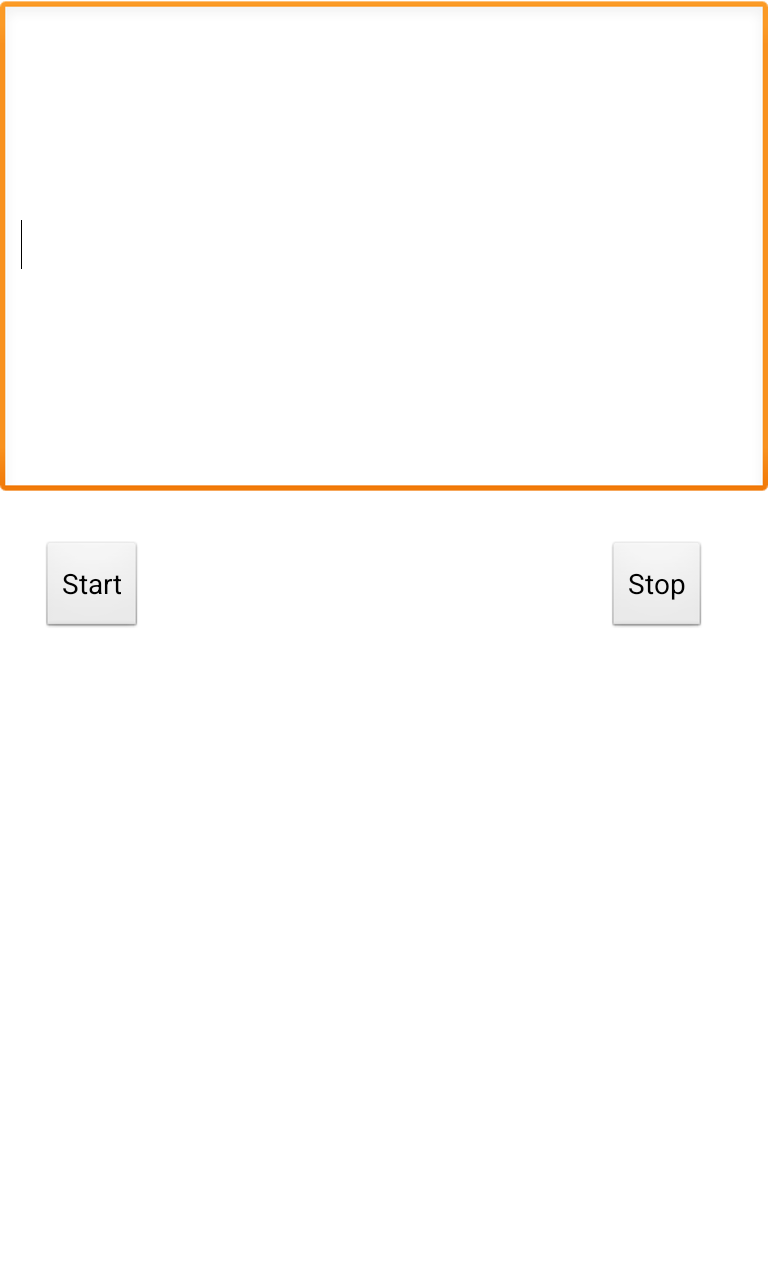
Repository: agejku/Embedded-Systems
Layout: Positionsensor/res/layout/activity_main.xml
An editor plug-in stored every save of this project. The layout is shown before and after the next save, followed by the edit.
It is drawn on a 768 x 1280 px phone screen (xhdpi) without system bars, with theme AppTheme; the app's code is not run.

Above is the layout before, as saved 2014-04-22 21:28:51.

### Positionsensor/res/layout/activity_main.xml
<?xml version="1.0" encoding="utf-8"?>
<RelativeLayout xmlns:android="http://schemas.android.com/apk/res/android"
    android:id="@+id/NetNumber1"
    android:layout_width="fill_parent"
    android:layout_height="fill_parent"
    android:orientation="vertical" >

    <LinearLayout
        android:id="@+id/linearLayout1"
        android:layout_width="wrap_content"
        android:layout_height="wrap_content"
        android:layout_centerVertical="true"
        android:orientation="vertical" >
    </LinearLayout>

    <LinearLayout
        android:layout_width="wrap_content"
        android:layout_height="wrap_content"
        android:layout_alignParentBottom="true"
        android:layout_alignParentRight="true"
        android:layout_marginLeft="75dp"
        android:layout_toRightOf="@+id/linearLayout1"
        android:orientation="vertical" >

    </LinearLayout>

    <RelativeLayout
        android:layout_width="wrap_content"
        android:layout_height="wrap_content"
        android:layout_alignParentBottom="true"
        android:layout_alignParentLeft="true"
        android:layout_alignParentRight="true"
        android:layout_alignParentTop="true" >

        <EditText
            android:id="@+id/editText1"
            android:layout_width="wrap_content"
            android:layout_height="wrap_content"
            android:layout_alignParentLeft="true"
            android:layout_alignParentRight="true"
            android:layout_alignParentTop="true"
            android:ems="10"
            android:height="250dp"
            android:inputType="textMultiLine" >

            <requestFocus />
        </EditText>

        <Button
            android:id="@+id/button_start"
            android:layout_width="wrap_content"
            android:layout_height="wrap_content"
            android:layout_alignParentLeft="true"
            android:layout_below="@+id/editText1"
            android:layout_marginLeft="20dp"
            android:layout_marginTop="20dp"
            android:text="@string/button_start" />

        <Button
            android:id="@+id/button_stop"
            android:layout_width="wrap_content"
            android:layout_height="wrap_content"
            android:layout_alignBaseline="@+id/button_start"
            android:layout_alignBottom="@+id/button_start"
            android:layout_alignParentRight="true"
            android:layout_marginRight="30dp"
            android:text="@string/button_stop" />

    </RelativeLayout>

</RelativeLayout>

### Positionsensor/res/values/strings.xml
<resources>

    <string name="app_name">Positionsensor</string>
    <string name="menu_settings">Settings</string>
    <string name="title_activity_main">Wifi Fingerprinting</string>
    <string name="button_start">Start</string>
    <string name="button_stop">Stop</string>
    <string name="start_rssi">RSSI Values</string>
    <string name="network1">Netzwerk1</string>
    <string name="network2">Netzwerk2</string>
    <string name="network3">Netzwerk3</string>
    <string name="network4">Netzwerk4</string>
    <string name="network5">Netzwerk5</string>

</resources>

Loaded but not shown: Positionsensor/res/values/styles.xml (common file)

After the next save:
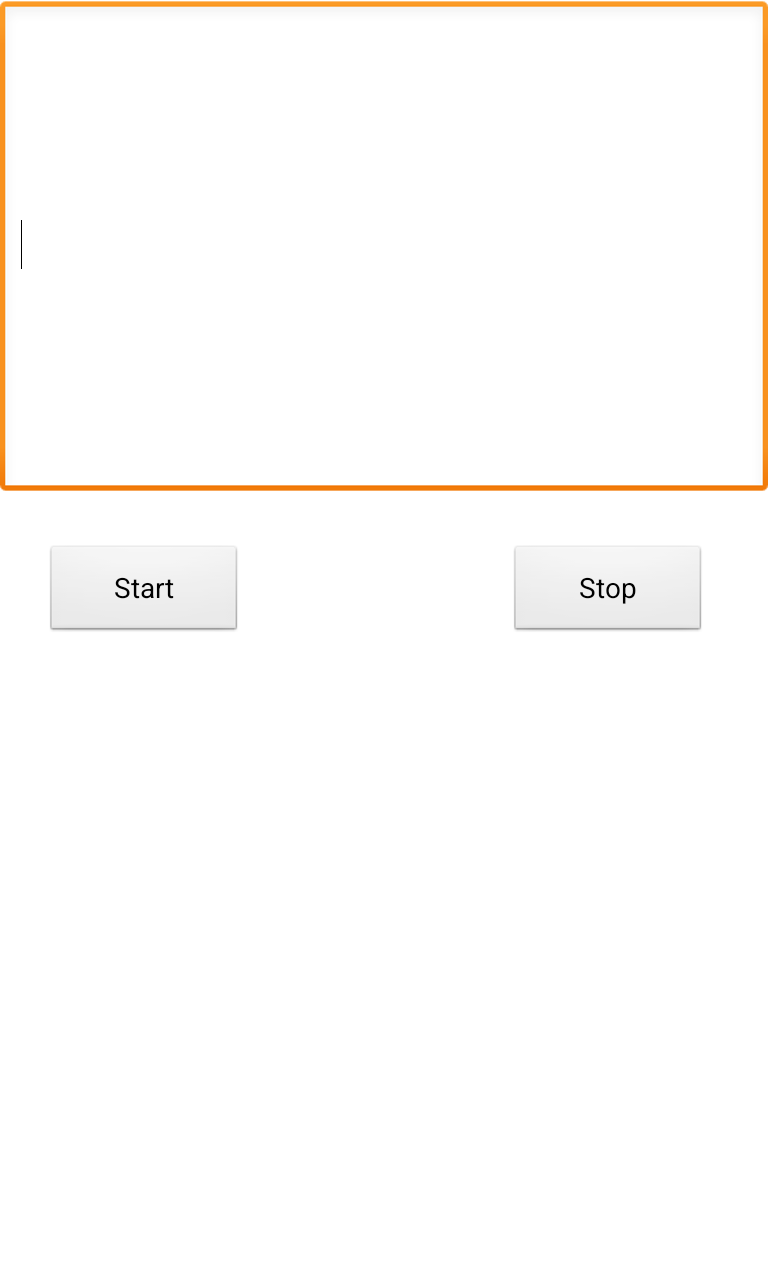
Saved 53 s later.
--- a/Positionsensor/res/layout/activity_main.xml
+++ b/Positionsensor/res/layout/activity_main.xml
@@ -47,16 +47,6 @@
         </EditText>
 
         <Button
-            android:id="@+id/button_start"
-            android:layout_width="wrap_content"
-            android:layout_height="wrap_content"
-            android:layout_alignParentLeft="true"
-            android:layout_below="@+id/editText1"
-            android:layout_marginLeft="20dp"
-            android:layout_marginTop="20dp"
-            android:text="@string/button_start" />
-
-        <Button
             android:id="@+id/button_stop"
             android:layout_width="wrap_content"
             android:layout_height="wrap_content"
@@ -64,7 +54,19 @@
             android:layout_alignBottom="@+id/button_start"
             android:layout_alignParentRight="true"
             android:layout_marginRight="30dp"
-            android:text="@string/button_stop" />
+            android:text="@string/button_stop"
+            android:width="100dp" />
+
+        <Button
+            android:id="@+id/button_start"
+            android:layout_width="wrap_content"
+            android:layout_height="wrap_content"
+            android:layout_alignParentLeft="true"
+            android:layout_below="@+id/editText1"
+            android:layout_marginLeft="22dp"
+            android:layout_marginTop="22dp"
+            android:text="@string/button_start"
+            android:width="100dp" />
 
     </RelativeLayout>
 
